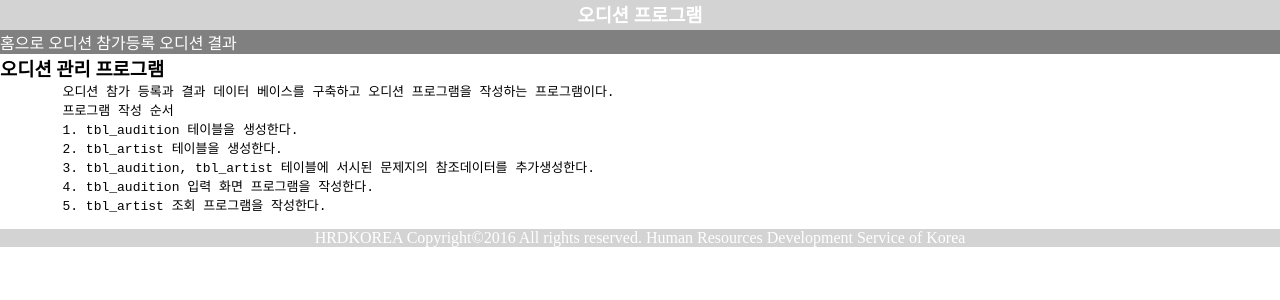
Repository: jieun000/Craftsman_Information_Processing
Page: http://localhost/Test/main.jsp
An editor plug-in stored every save of this project. The page is shown before and after the next save, followed by the edit.
The browser window is 1280 px wide. The pictures show the whole page.
The page is served by Tomcat 9.

Above is the page before, as saved 2023-09-06 01:09:55.

After the next save:
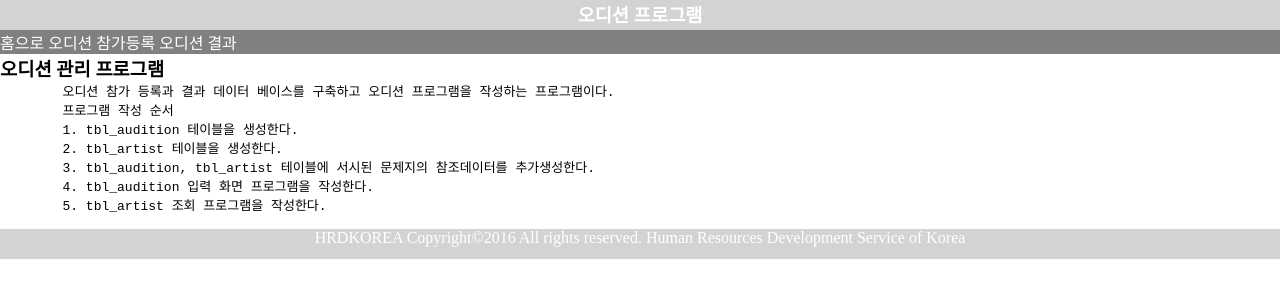
Saved 76 s later.
--- a/02_study/Test/src/main/webapp/main.jsp
+++ b/02_study/Test/src/main/webapp/main.jsp
@@ -31,7 +31,7 @@
 	5. tbl_artist 조회 프로그램을 작성한다.
 		</pre>
 	</section>
-	<footer style="background: lightgray; color: white; width: 100%; text-align: center;">
+	<footer style="background: lightgray; color: white; width: 100%; text-align: center; height: 30px;">
 		<p>
 			HRDKOREA Copyright&copy;2016 All rights reserved. Human Resources Development Service of Korea
 		</p>
